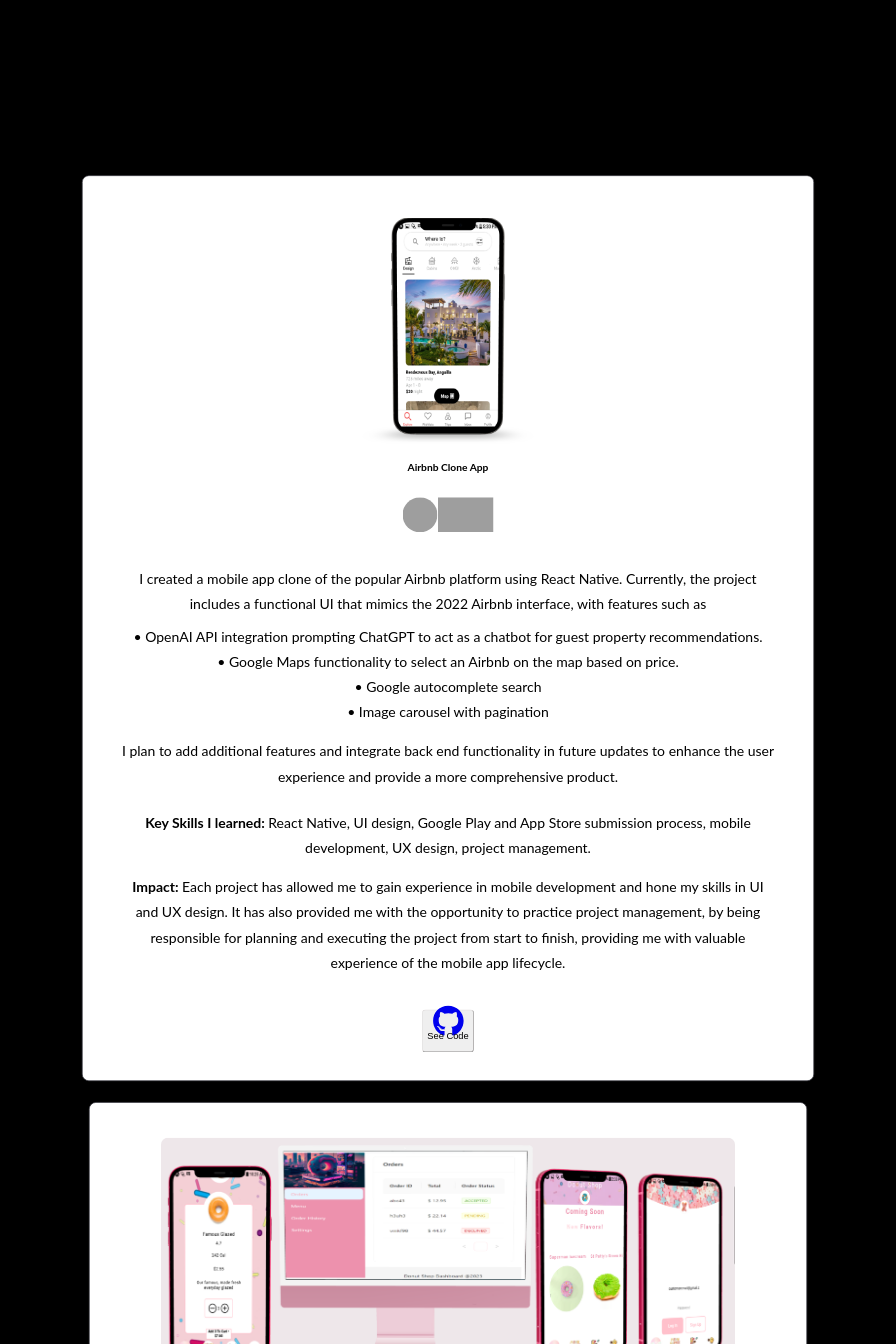
Repository: JamesPesenti/portfolio
Page: /
The author's editor kept a copy of each file at every save. The page is drawn from the files as they stood at one save, then again after the next save.
The browser window is 1280 px wide. The pictures show the part of the page from y = 1279 to 3199 px (the page is 6929 px tall), at 70% of full size.
Pictures or frames that could not be fetched are drawn as grey boxes. The project was rebuilt for these pictures with package versions that can differ from the ones it lists, and the page was loaded fresh each time. Imported but missing from the stored project, and not drawn on this page: src/Components/James Pesenti Resume 2023.pdf.

Above is the page before, as saved 2023-05-29 08:21:35.

After the next save:
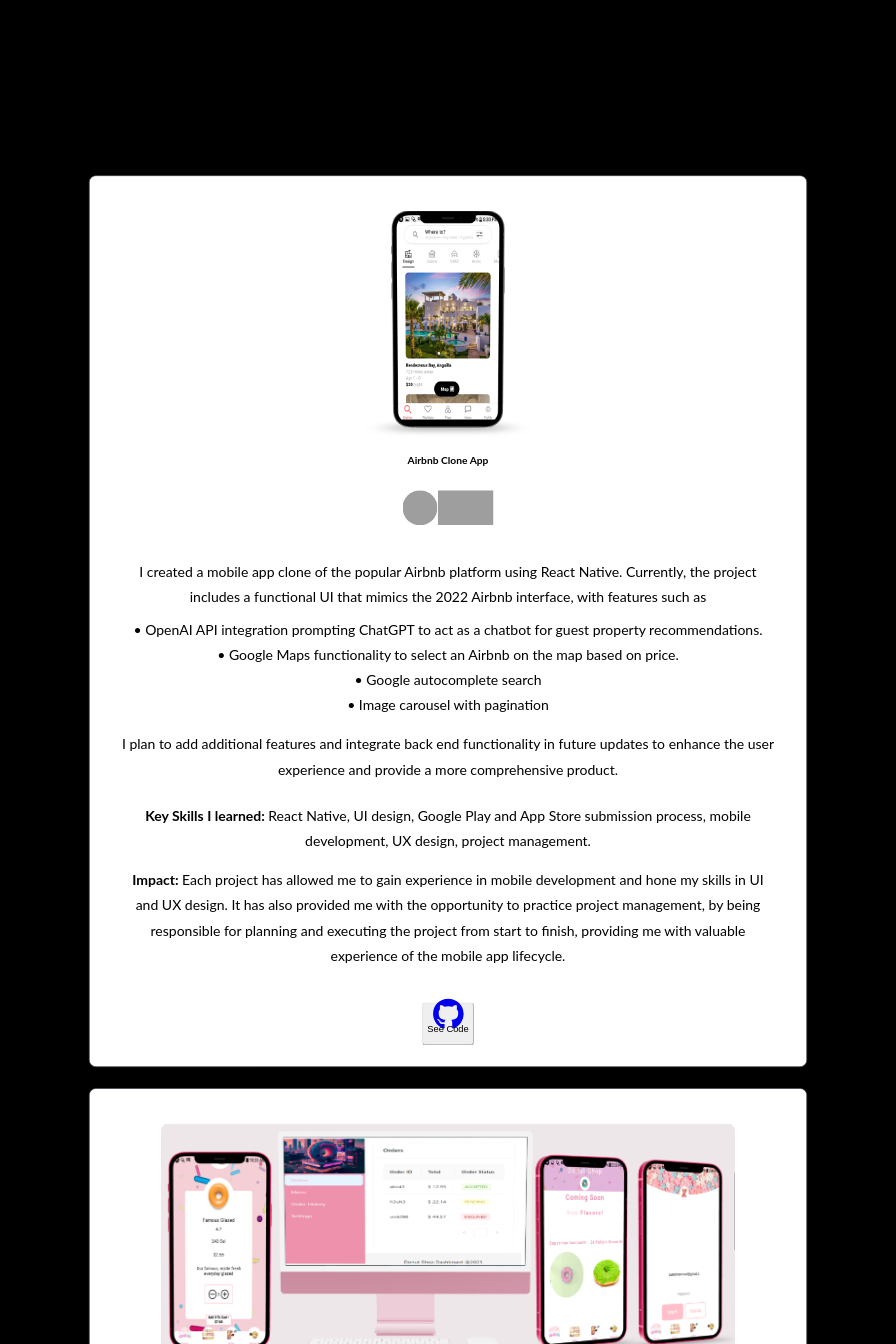
Saved 12 s later.
--- a/src/Components/MyProjects.jsx
+++ b/src/Components/MyProjects.jsx
@@ -12,7 +12,7 @@
     <div id="parallaxContainer">
 
     {/* Airbnb Clone */}
-    <div style={{ padding: 10, justifyContent: 'center', alignItems: 'center',  width: "80%", borderRadius: 10}} className="box">
+    <div style={{ justifyContent: 'center', alignItems: 'center',  width: "80%", borderRadius: 10}} className="box">
             <div>
                 <img style={{ borderRadius: 10, marginTop: 50, marginBottom: -35, width: "48%", height: 350, transition: ".7s", }} src="images/mockrocket-capture (11).png" />
             </div>
